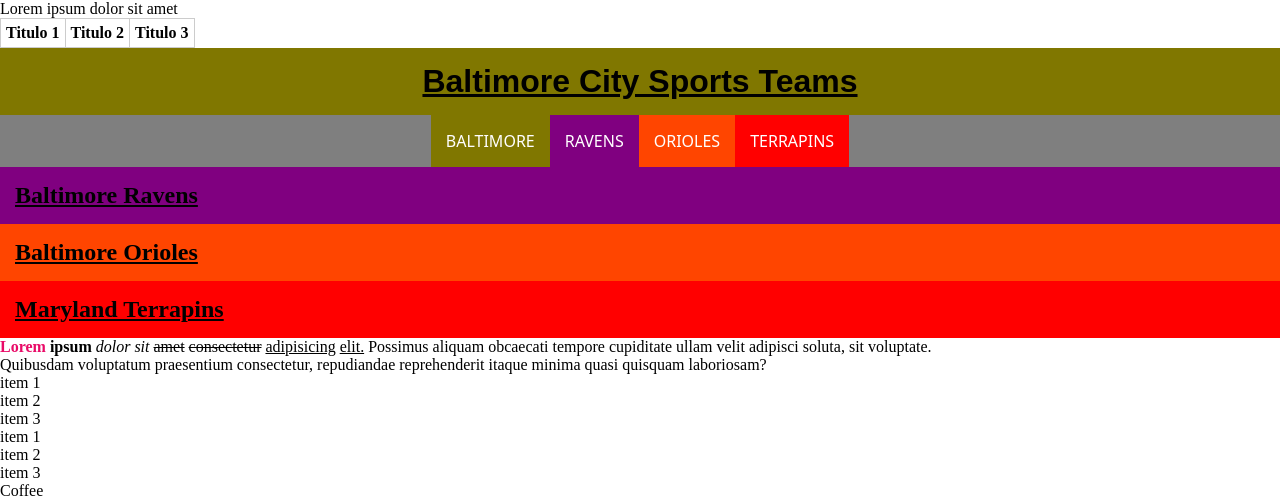
Repository: danilodscosta/CursoHTML
Page: index.html
An editor plug-in stored every save of this project. The page is shown before and after the next save, followed by the edit.
The browser window is 1280 px wide. The pictures show the part of the page from y = 0 to 500 px (the page is 1090 px tall before and 1119 px after).
A picture or video elsewhere on the page could not be fetched, so the positions and the page height are approximate.

Above is the page before, as saved 2023-11-02 12:34:36.

### index.html
<!DOCTYPE html>
<html lang="pt-BR">

<head>
    <meta charset="utf-8">
    <title>Baltimore</title>

    <style>
        * {
            margin: 0;
            padding: 0;
            box-sizing: border-box;
        }

        h1 {
            background: rgb(128, 119, 0);
            margin-left: center;
            margin-right: center;
            display: flex;
            align-items: center;
            justify-content: center;
        }

        p {
            color: rgb(0, 0, 0);
        }

        #titulo-1 {
            font-family: sans-serif;
            padding-top: 15px;
            padding-left: 15px;
            padding-bottom: 15px;
            padding-right: 15px;
        }

        #ravens {
            background: purple;
            color: black;
            padding: 15px;
        }

        #orioles {
            background: orangered;
            color: black;
            padding: 15px;
        }

        #terps {
            background: red;
            color: black;
            padding: 15px;
        }

        a.text:link {
            color: #000000;
        }

        a.text:visited {
            color: #000000;
        }

        a.text:hover {
            color: #1f0074;
        }

        .bold {
            color: rgb(233, 10, 103);
        }

        .lamar-photo {
            width: 200px;
        }

        .section-one,
        .section-two {
            box-sizing: border-box;
        }

        .section-one {
            width: 200px;
            height: 150px;
            background-color: deeppink;
            background-position: center center;
            background-size: cover;
            background-image: url(https://www.patriotwood.com/cdn/shop/products/Ravens1.JPG?v=1538356410);
            border: 5px solid black;
            padding: 15px;
            color: #fff;
            margin: 20px;
        }

        .section-two {
            background: deepskyblue;
            width: 200px;
            height: 150px;
            border-width: 10px;
            border-style: solid;
            border-bottom-color: blue;
            border-top-color: red;
            border-left-color: yellow;
            border-right-color: green;
            padding: 15px;
            color: #fff;
            margin: 20px;
        }

        nav {
            background-color: rgba(0, 0, 0, 0.5);
        }

        nav {
            display: flex;
            align-items: center;
            justify-content: center;
        }

        nav a {
            color: #ffffff;
            text-decoration: none;
            padding: 15px;
            display: block;
            text-transform: uppercase;
            font-family: system-ui, -apple-system, BlinkMacSystemFont, 'Segoe UI', Roboto, Oxygen, Ubuntu, Cantarell, 'Open Sans', 'Helvetica Neue', sans-serif;
        }

        nav ul {
            display: flex;
            list-style-type: none;
            background: rgba(0, 0, 0, 0.2);
        }

        .baltimoreh {
            background-color: rgb(128, 119, 0)
        }

        .baltimoreh:hover {
            background: rgb(94, 87, 0);
        }

        .ravensh {
            background-color: purple
        }

        .ravensh:hover {
            background: rgb(77, 0, 77)
        }

        .oriolesh {
            background-color:orangered
        }

        .oriolesh:hover {
            background: rgb(187, 50, 0)
        }

        .terpsh {
            background-color: red
        }

        .terpsh:hover {
            background: rgb(165, 1, 1)
        }

        table td, table th {
            border: 1px solid #ccc;
            padding: 5px;
        }

        table {
            border-collapse: collapse;
        }

        /* # antes de id
           . antes de class  */
    </style>
</head>

<body>
    <p>Lorem ipsum dolor sit amet</p>

    <table>
        <thead>
            <tr>
                <th>Titulo 1</th>
                <th>Titulo 2</th>
                <th>Titulo 3</th>
            </tr>
        </thead>
    </table>

    <h1 id="titulo-1">
        <!--id e class são identificadores, sendo id > class, o vscode priorizará o id-->
        <a href="https://www.baltimorecity.gov/" class="text" target="_blank">Baltimore City Sports Teams</a>
    </h1>
    <nav>
        <ul>
            <li><a class="baltimoreh" href="https://www.baltimorecity.gov/" target="_blank">baltimore</a></li>
            <li><a class="ravensh" href="https://www.baltimoreravens.com/" target="_blank">ravens</a></li>
            <li><a class="oriolesh" href="https://www.mlb.com/orioles" target="_blank">orioles</a></li>
            <li><a class="terpsh" href="https://umterps.com/" target="_blank">Terrapins</a></li>
        </ul>
    </nav>
    <h2 id="ravens">
        <a href="https://www.baltimoreravens.com/" class="text" target="_blank">Baltimore Ravens</a>
    </h2>
    <h2 id="orioles">
        <a href="https://www.mlb.com/orioles" class="text" target="_blank">Baltimore Orioles</a>
    </h2>
    <h2 id="terps">
        <a href="https://umterps.com/" class="text" target="_blank">Maryland Terrapins</a>
    </h2>

    <!-- h1 > h6 importancia na semantica -->
    <p>
        <b class="bold">Lorem</b> <strong>ipsum</strong> <i>dolor</i> <em>sit</em> <del>amet</del>
        <s>consectetur</s> <ins>adipisicing</ins> <u>elit.</u> Possimus aliquam obcaecati tempore cupiditate
        ullam velit adipisci soluta, sit voluptate.<br>
        Quibusdam voluptatum praesentium consectetur, repudiandae reprehenderit
        itaque minima quasi quisquam laboriosam?
    </p>
    <!-- as tags: b, i, s, u são tags "fisicas",
    já as tags: strong, em, del, ins são tags "semânticas"
    <br> = quebra de linha -->

    <ul>
        <li>item 1</li>
        <li>item 2</li>
        <li>item 3</li>
    </ul>

    <ol type="A">
        <li>item 1</li>
        <li>item 2</li>
        <li>item 3</li>
    </ol>

    <dl>
        <dt>Coffee</dt>
        <dd>black hot drink</dd>
    </dl>

    <hr>
    <p><a href="https://github.com/danilodscosta" target="_blank">GitHub</a>

        <a href="https://www.espn.com.br/nfl/jogador/_/id/3916387/lamar-jackson" target="_blank">
            <img class="lamar-photo"
                src="https://s2.glbimg.com/Ic0P2IRxEOcNXZfRlZgY5ee0my0=/0x0:1024x683/924x0/smart/filters:strip_icc()/i.s3.glbimg.com/v1/AUTH_bc8228b6673f488aa253bbcb03c80ec5/internal_photos/bs/2020/l/h/gBwkcLS4GNRl9JhqhbvA/gettyimages-1193646827.jpg"
                alt="Lamar Jackson"></a>
    </p>

    <blockquote>QB1.</blockquote>

    <section class="section-one">baltimore ranves shield</section>
    <section class="section-two">2</section>
    <hr>
    <div>Eu sou um bloco</div>
    <footer>teste</footer>
</body>

</html>

After the next save:
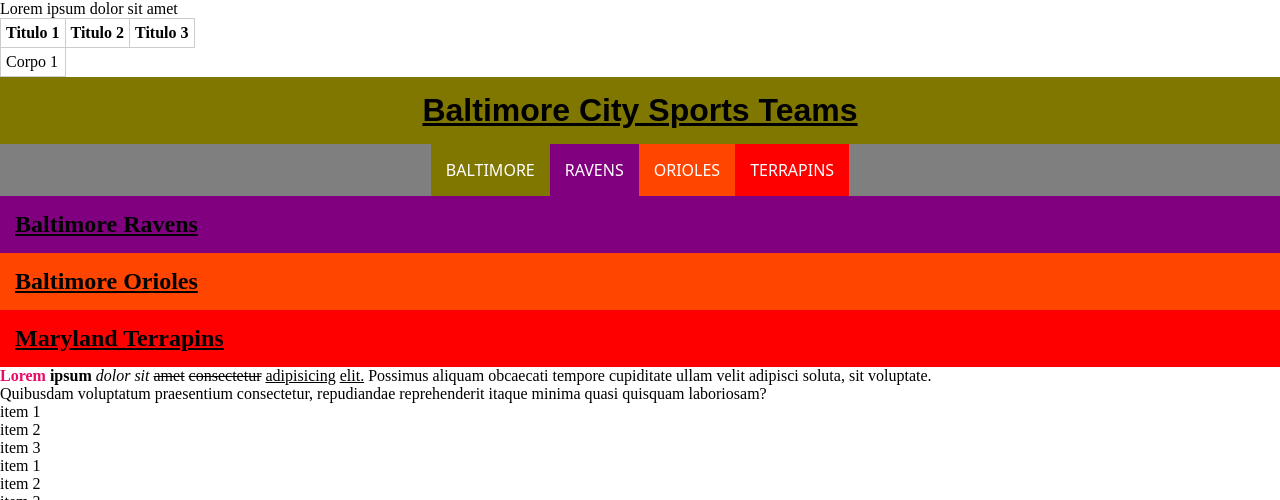
Saved 41 s later.
--- a/index.html
+++ b/index.html
@@ -186,6 +186,12 @@
                 <th>Titulo 3</th>
             </tr>
         </thead>
+
+        <tbody>
+            <tr>
+                <td>Corpo 1</td>
+            </tr>
+        </tbody>
     </table>
 
     <h1 id="titulo-1">
